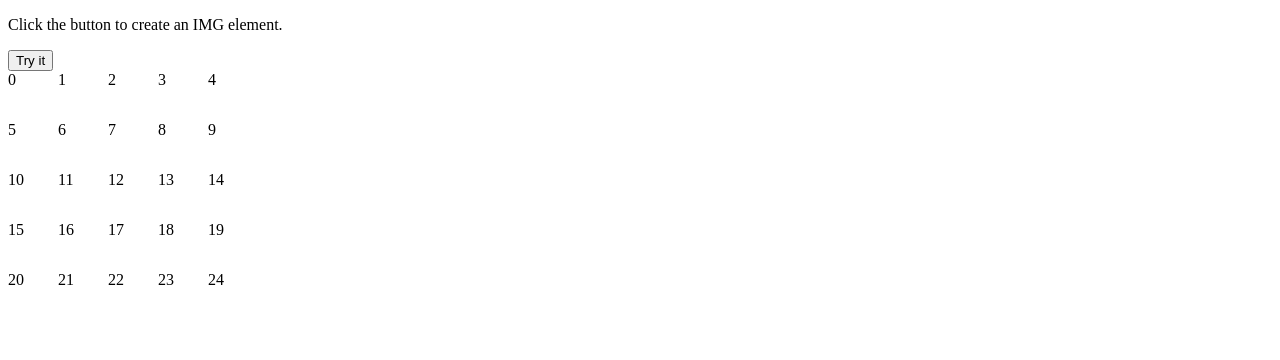
Repository: rashmikagamage/puzzle-vanila-js
Page: index.html
These files come from the project's save history. The page is drawn as it stood at one moment and after the next save; the edit follows.
The browser window is 1280 px wide. The pictures show the whole page.
After loading, the first visible `button` was clicked once.

Above is the page before, as saved 2020-08-05 19:22:15.

### index.html
<!DOCTYPE html>
<html>

<head>
    <link rel="stylesheet" type="text/css" href="./style.css">
</head>

<body>

    <p>Click the button to create an IMG element.</p>

    <button onclick="myFunction(5)">Try it</button>
    <div class="gridContainer" id="imgContainer"></div>
    <script src="./function.js">
    </script>

</body>

</html>

### style.css
.gridContainer {
    display: grid;
}

### function.js
function myFunction(num) {
    let grid = "";
    for (let i = 0; i < num; i++) {
        grid = grid + "50px "
    }

    document.getElementById("imgContainer").style.gridTemplateColumns = grid;

    for (let i = 0; i < num * num; i++) {
        var x = document.createElement("div");
        // x.setAttribute("src", "./angle-brand-material-yellow-email.jpg");
        //x.style.position = "absolute"
        x.style.width = '50px';
        x.style.height = '50px';
        x.id = "img" + i;
        x.innerHTML = `${i}`
        x.style.clip = "rect(0px 15px 25px 0px)"

        document.getElementById("imgContainer").appendChild(x);

    }
    display();
}

function display() {
    console.log(document.getElementById("img5").innerHTML);
}

After the next save:
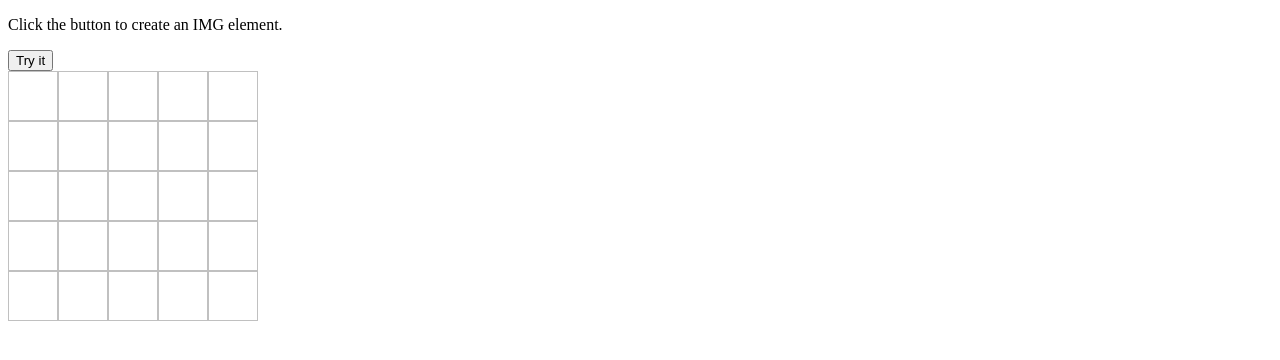
Saved 48 s later.
--- a/function.js
+++ b/function.js
@@ -7,21 +7,16 @@
     document.getElementById("imgContainer").style.gridTemplateColumns = grid;
 
     for (let i = 0; i < num * num; i++) {
-        var x = document.createElement("div");
+        var x = document.createElement("img");
         // x.setAttribute("src", "./angle-brand-material-yellow-email.jpg");
         //x.style.position = "absolute"
         x.style.width = '50px';
         x.style.height = '50px';
         x.id = "img" + i;
-        x.innerHTML = `${i}`
-        x.style.clip = "rect(0px 15px 25px 0px)"
+        x.style.clip = "rect(10px 15px 25px 0px)"
 
         document.getElementById("imgContainer").appendChild(x);
 
     }
-    display();
+
 }
-
-function display() {
-    console.log(document.getElementById("img5").innerHTML);
-}
